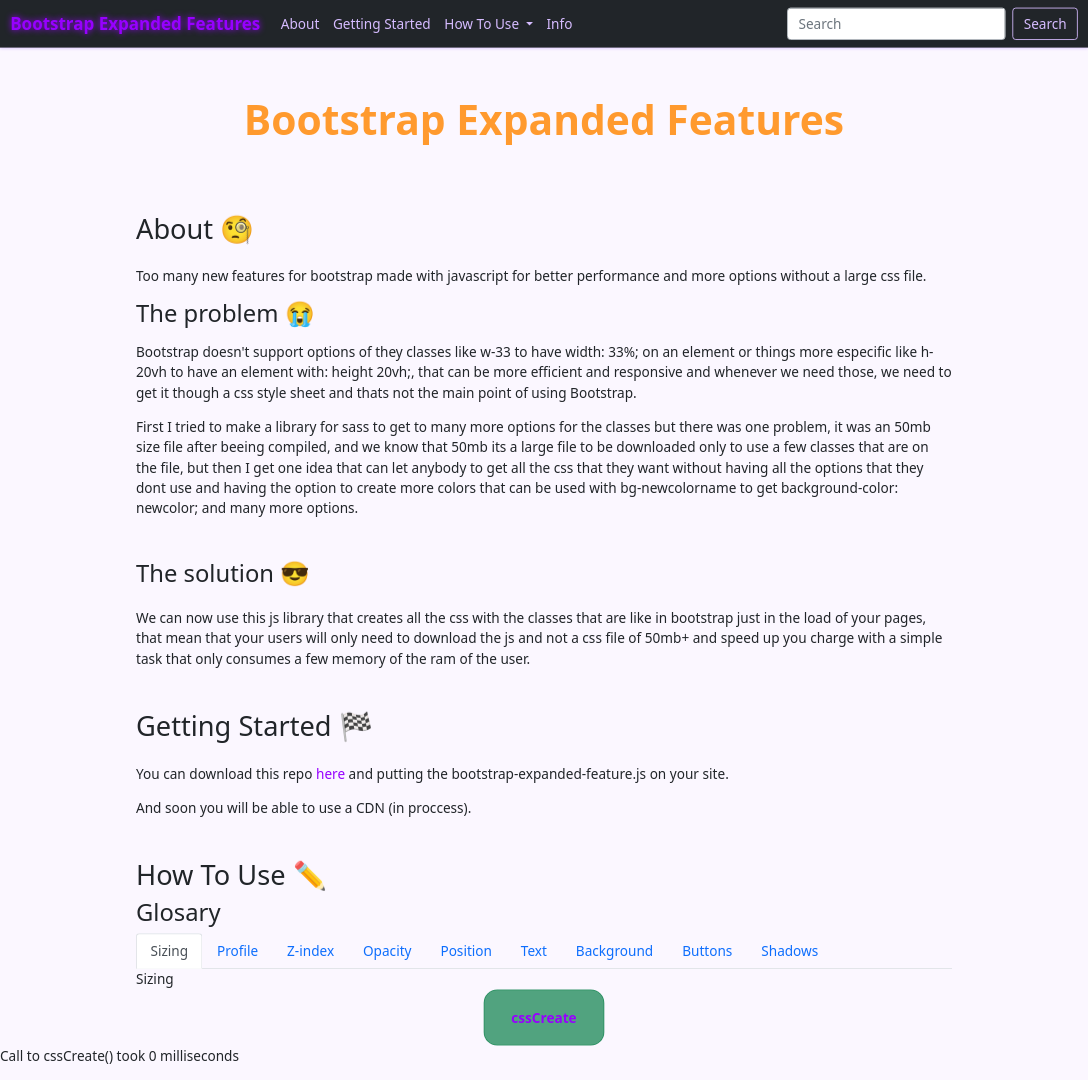
Repository: LynxPardelle/bootstrap-expanded-features
Page: index.html
An editor plug-in stored every save of this project. The page is shown before and after the next save, followed by the edit.
The browser window is 1280 px wide. The pictures show the whole page, at 85% of full size.

Above is the page before, as saved 2022-01-02 03:37:38.

### index.html
<!DOCTYPE html>
<html lang="es">
  <head>
    <meta charset="UTF-8" />
    <meta http-equiv="X-UA-Compatible" content="IE=edge" />
    <meta name="viewport" content="width=device-width, initial-scale=1.0" />
    <title>Bootstrap Expanded Features</title>
    <link
      href="https://cdn.jsdelivr.net/npm/bootstrap@5.1.3/dist/css/bootstrap.min.css"
      rel="stylesheet"
      integrity="sha384-1BmE4kWBq78iYhFldvKuhfTAU6auU8tT94WrHftjDbrCEXSU1oBoqyl2QvZ6jIW3"
      crossorigin="anonymous"
    />
    <link rel="stylesheet" href="./style.css" />
  </head>
  <body class="bef bef-bg-futurePop__OPA__0_03">
    <header>
      <nav
        class="
          navbar navbar-expand-lg navbar-dark
          bg-dark
          align-items-center
          bef
          bef-boxShadow-0px__2px__4px__lavender
          position-fixed
          top-0
          w-100
        "
      >
        <div class="container-fluid">
          <a
            class="
              navbar-brand
              bef bef-text-futurePop
              fw-bolder
              bef-textShadow-0px__0px__8px__futurePop
            "
            href="#"
            >Bootstrap Expanded Features</a
          >
          <button
            class="navbar-toggler"
            type="button"
            data-bs-toggle="collapse"
            data-bs-target="#navbarSupportedContent"
            aria-controls="navbarSupportedContent"
            aria-expanded="false"
            aria-label="Toggle navigation"
          >
            <span class="navbar-toggler-icon"></span>
          </button>
          <div class="collapse navbar-collapse" id="navbarSupportedContent">
            <ul class="navbar-nav me-auto mb-lg-0">
              <li class="nav-item">
                <a class="nav-link bef bef-text-lavender" href="#about"
                  >About</a
                >
              </li>
              <li class="nav-item">
                <a
                  class="nav-link bef bef-text-lavender"
                  href="#getting_started"
                  >Getting Started</a
                >
              </li>
              <li class="nav-item dropdown">
                <a
                  class="nav-link bef bef-text-lavender dropdown-toggle"
                  href="#howToUse"
                  id="navbarDropdown"
                  role="button"
                  data-bs-toggle="dropdown"
                  aria-expanded="false"
                >
                  How To Use
                </a>
                <ul
                  class="dropdown-menu dropdown-menu-dark"
                  aria-labelledby="navbarDropdown"
                >
                  <li>
                    <a class="dropdown-item bef bef-text-lavender" href="#"
                      >Action</a
                    >
                  </li>
                  <li>
                    <a class="dropdown-item bef bef-text-lavender" href="#"
                      >Another action</a
                    >
                  </li>
                  <li><hr class="dropdown-divider" /></li>
                  <li>
                    <a class="dropdown-item bef bef-text-lavender" href="#"
                      >Something else here</a
                    >
                  </li>
                </ul>
              </li>
              <li class="nav-item">
                <a class="nav-link bef bef-text-lavender" href="#Info">Info</a>
              </li>
            </ul>
            <form class="d-flex">
              <input
                id="searchInput"
                class="form-control me-2"
                type="search"
                placeholder="Search"
                aria-label="Search"
              />
              <button class="btn bef bef-btnOutline-lavender">Search</button>
            </form>
          </div>
        </div>
      </nav>

      <h1
        class="
          text-center
          d-block
          bef bef-w-85vw bef-w-md-75vw bef-fs-2rem bef-fs-md-3rem
          bef-m-7rem__auto__5rem
          bef-text-summer
          fw-bolder
        "
      >
        Bootstrap Expanded Features
      </h1>
    </header>

    <div>
      <main class="bef bef-w-85vw bef-wmx-1000px bef-w-md-75vw mx-auto">
        <!-- ABOUT -->
        <section>
          <a id="about"></a>
          <h2>About 🧐</h2>
          <article>
            <p class="mt-4 mb-3 text-start">
              Too many new features for bootstrap made with javascript for
              better performance and more options without a large css file.
            </p>
          </article>
          <!-- THE_PROBLEM -->
          <article>
            <h3>The problem 😭</h3>
            <p class="my-3 text-start">
              Bootstrap doesn't support options of they classes like w-33 to
              have width: 33%; on an element or things more especific like
              h-20vh to have an element with: height 20vh;, that can be more
              efficient and responsive and whenever we need those, we need to
              get it though a css style sheet and thats not the main point of
              using Bootstrap.
            </p>
            <p class="mt-3 mb-5 text-start">
              First I tried to make a library for sass to get to many more
              options for the classes but there was one problem, it was an 50mb
              size file after beeing compiled, and we know that 50mb its a large
              file to be downloaded only to use a few classes that are on the
              file, but then I get one idea that can let anybody to get all the
              css that they want without having all the options that they dont
              use and having the option to create more colors that can be used
              with bg-newcolorname to get background-color: newcolor; and many
              more options.
            </p>
          </article>
          <!-- THE_SOLUTION -->
          <article>
            <h3>The solution 😎</h3>
            <p class="mt-4 mb-5 text-start">
              We can now use this js library that creates all the css with the
              classes that are like in bootstrap just in the load of your pages,
              that mean that your users will only need to download the js and
              not a css file of 50mb+ and speed up you charge with a simple task
              that only consumes a few memory of the ram of the user.
            </p>
          </article>
        </section>
        <!-- GETTING_STARTED -->
        <section>
          <a id="getting_started"></a>
          <h2>Getting Started 🏁</h2>
          <article>
            <p class="mt-4 mb-3 text-start bef bef-link-futurePop">
              You can download this repo
              <a
                class="text-decoration-none"
                href="https://github.com/LynxPardelle/bootstrap-expanded-features.git"
                target="_blank"
                >here</a
              >
              and putting the bootstrap-expanded-feature.js on your site.
            </p>
            <p class="mt-3 mb-5 text-start bef bef-link-futurePop">
              And soon you will be able to use a CDN (in proccess).
            </p>
          </article>
        </section>
        <!-- HOW_TO_USE -->
        <section>
          <a id="howToUse"></a>
          <h2>How To Use ✏️</h2>
          <article>
            <h3>Glosary</h3>
            <nav>
              <div class="nav nav-tabs" id="nav-tab" role="tablist">
                <button
                  class="nav-link active"
                  id="nav-sizing-tab"
                  data-bs-toggle="tab"
                  data-bs-target="#nav-sizing"
                  type="button"
                  role="tab"
                  aria-controls="nav-sizing"
                  aria-selected="true"
                >
                  Sizing
                </button>
                <button
                  class="nav-link"
                  id="nav-border-tab"
                  data-bs-toggle="tab"
                  data-bs-target="#nav-border"
                  type="button"
                  role="tab"
                  aria-controls="nav-border"
                  aria-selected="false"
                >
                  Profile
                </button>
                <button
                  class="nav-link"
                  id="nav-z-index-tab"
                  data-bs-toggle="tab"
                  data-bs-target="#nav-z-index"
                  type="button"
                  role="tab"
                  aria-controls="nav-z-index"
                  aria-selected="false"
                >
                  Z-index
                </button>
                <button
                  class="nav-link"
                  id="nav-opacity-tab"
                  data-bs-toggle="tab"
                  data-bs-target="#nav-opacity"
                  type="button"
                  role="tab"
                  aria-controls="nav-opacity"
                  aria-selected="false"
                >
                  Opacity
                </button>
                <button
                  class="nav-link"
                  id="nav-position-tab"
                  data-bs-toggle="tab"
                  data-bs-target="#nav-position"
                  type="button"
                  role="tab"
                  aria-controls="nav-position"
                  aria-selected="false"
                >
                  Position
                </button>
                <button
                  class="nav-link"
                  id="nav-text-tab"
                  data-bs-toggle="tab"
                  data-bs-target="#nav-text"
                  type="button"
                  role="tab"
                  aria-controls="nav-text"
                  aria-selected="false"
                >
                  Text
                </button>
                <button
                  class="nav-link"
                  id="nav-background-tab"
                  data-bs-toggle="tab"
                  data-bs-target="#nav-background"
                  type="button"
                  role="tab"
                  aria-controls="nav-background"
                  aria-selected="false"
                >
                  Background
                </button>
                <button
                  class="nav-link"
                  id="nav-buttons-tab"
                  data-bs-toggle="tab"
                  data-bs-target="#nav-buttons"
                  type="button"
                  role="tab"
                  aria-controls="nav-buttons"
                  aria-selected="false"
                >
                  Buttons
                </button>
                <button
                  class="nav-link"
                  id="nav-shadows-tab"
                  data-bs-toggle="tab"
                  data-bs-target="#nav-shadows"
                  type="button"
                  role="tab"
                  aria-controls="nav-shadows"
                  aria-selected="false"
                >
                  Shadows
                </button>
              </div>
            </nav>
            <div class="tab-content" id="nav-tabContent">
              <div
                class="tab-pane fade show active"
                id="nav-sizing"
                role="tabpanel"
                aria-labelledby="nav-sizing-tab"
              >
                Sizing
              </div>
              <div
                class="tab-pane fade"
                id="nav-border"
                role="tabpanel"
                aria-labelledby="nav-border-tab"
              >
                Border
              </div>
              <div
                class="tab-pane fade"
                id="nav-z-index"
                role="tabpanel"
                aria-labelledby="nav-z-index-tab"
              >
                Z-Index
              </div>
              <div
                class="tab-pane fade"
                id="nav-opacity"
                role="tabpanel"
                aria-labelledby="nav-opacity-tab"
              >
                Opacity
              </div>
              <div
                class="tab-pane fade"
                id="nav-position"
                role="tabpanel"
                aria-labelledby="nav-position-tab"
              >
                Position
              </div>
              <div
                class="tab-pane fade"
                id="nav-text"
                role="tabpanel"
                aria-labelledby="nav-text-tab"
              >
                Text
              </div>
              <div
                class="tab-pane fade"
                id="nav-background"
                role="tabpanel"
                aria-labelledby="nav-background-tab"
              >
                Background
              </div>
              <div
                class="tab-pane fade"
                id="nav-buttons"
                role="tabpanel"
                aria-labelledby="nav-buttons-tab"
              >
                Buttons
              </div>
              <div
                class="tab-pane fade"
                id="nav-shadows"
                role="tabpanel"
                aria-labelledby="nav-shadows-tab"
              >
                Shadows
              </div>
            </div>
          </article>
        </section>
      </main>
      <aside></aside>
    </div>

    <footer>
      <a id="#info"></a>
      <button
        class="
          btn
          bef
          bef-btn-success__OPA__0_75
          bef-text-futurePop
          fw-bold
          d-block
          mx-auto
          bef-p-1_25rem__2rem
          bef-rounded-1rem
        "
        onclick="cssCreate()"
      >
        cssCreate
      </button>

      <div id="befTimer"></div>
    </footer>

    <!--
Classes:
w width
h height
wmx max-width
hmx max-height
wmn min-width
hmn min-height
rounded border-radius
z z-index
opacity opacity
top top
bottom bottom
end left
start right
fs font-size
lh line-height
gap gap
p padding
m margin
border border-width
borderStyle border-style

bg background-color
text color
link a color
borderColor border-color
btn background-color border-color box-shadow
btnOutline border-color box-shadow
boxShadow box-shadow
textShadow text-shadow

Sides:
s left
e right
t top
b bottom
x left & right
y top & bottom

BreakPoints:
sm 576
md 768
lg 992
xl 1200
xxl 1400
-->
    <script
      src="https://cdn.jsdelivr.net/npm/bootstrap@5.1.3/dist/js/bootstrap.bundle.min.js"
      integrity="sha384-ka7Sk0Gln4gmtz2MlQnikT1wXgYsOg+OMhuP+IlRH9sENBO0LRn5q+8nbTov4+1p"
      crossorigin="anonymous"
    ></script>
    <script>
      var colors = {
        monster: "#00AA00",
        futurePop: "#9700FF",
      };
    </script>
    <script src="./bootstrap-expanded-features.js"></script>
  </body>
</html>

Loaded but not shown: bootstrap-expanded-features.js (library); style.css (no stored copy; drawn as an empty file)

After the next save:
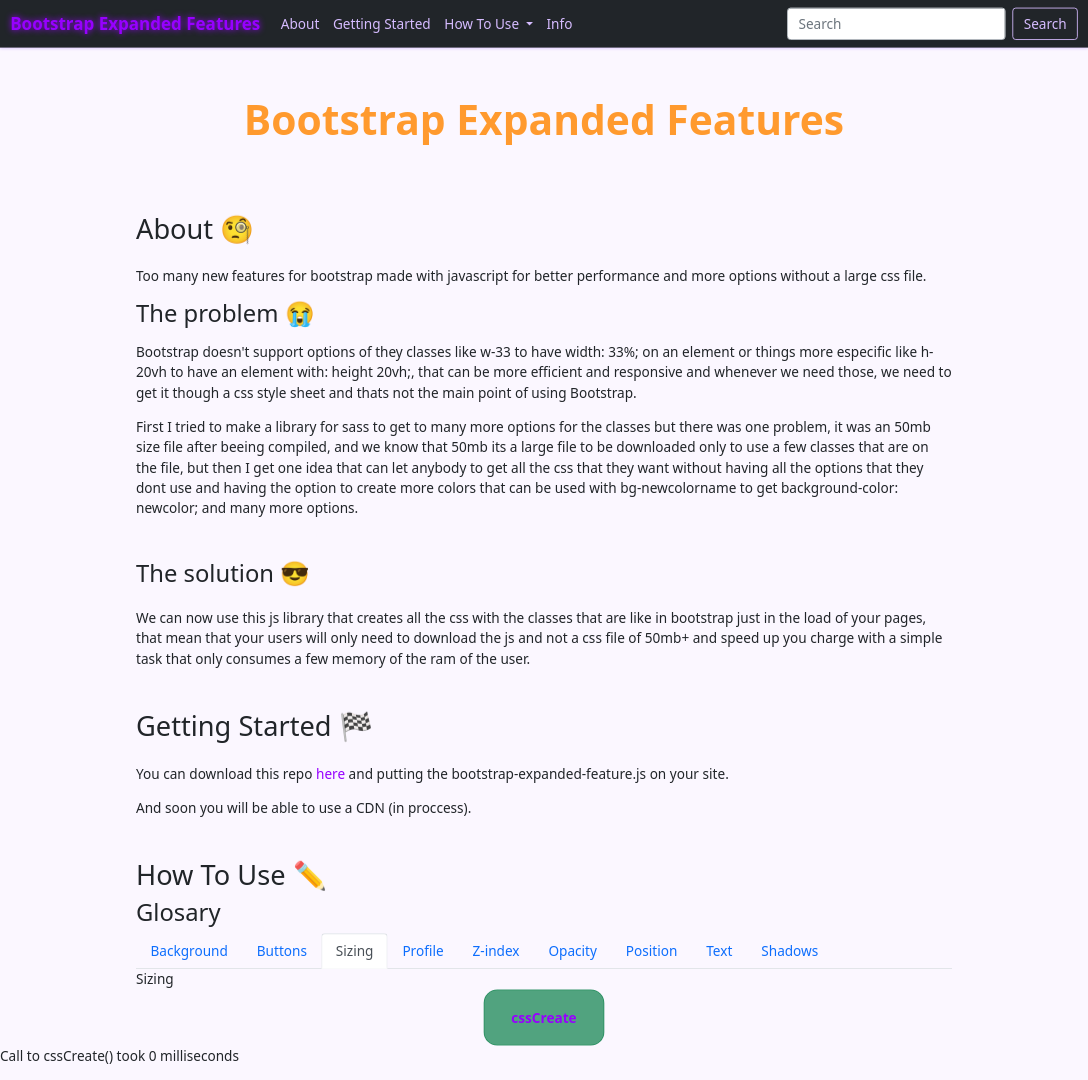
Saved 25 s later.
--- a/index.html
+++ b/index.html
@@ -204,6 +204,30 @@
             <nav>
               <div class="nav nav-tabs" id="nav-tab" role="tablist">
                 <button
+                  class="nav-link"
+                  id="nav-background-tab"
+                  data-bs-toggle="tab"
+                  data-bs-target="#nav-background"
+                  type="button"
+                  role="tab"
+                  aria-controls="nav-background"
+                  aria-selected="false"
+                >
+                  Background
+                </button>
+                <button
+                  class="nav-link"
+                  id="nav-buttons-tab"
+                  data-bs-toggle="tab"
+                  data-bs-target="#nav-buttons"
+                  type="button"
+                  role="tab"
+                  aria-controls="nav-buttons"
+                  aria-selected="false"
+                >
+                  Buttons
+                </button>
+                <button
                   class="nav-link active"
                   id="nav-sizing-tab"
                   data-bs-toggle="tab"
@@ -275,30 +299,7 @@
                 >
                   Text
                 </button>
-                <button
-                  class="nav-link"
-                  id="nav-background-tab"
-                  data-bs-toggle="tab"
-                  data-bs-target="#nav-background"
-                  type="button"
-                  role="tab"
-                  aria-controls="nav-background"
-                  aria-selected="false"
-                >
-                  Background
-                </button>
-                <button
-                  class="nav-link"
-                  id="nav-buttons-tab"
-                  data-bs-toggle="tab"
-                  data-bs-target="#nav-buttons"
-                  type="button"
-                  role="tab"
-                  aria-controls="nav-buttons"
-                  aria-selected="false"
-                >
-                  Buttons
-                </button>
+
                 <button
                   class="nav-link"
                   id="nav-shadows-tab"
